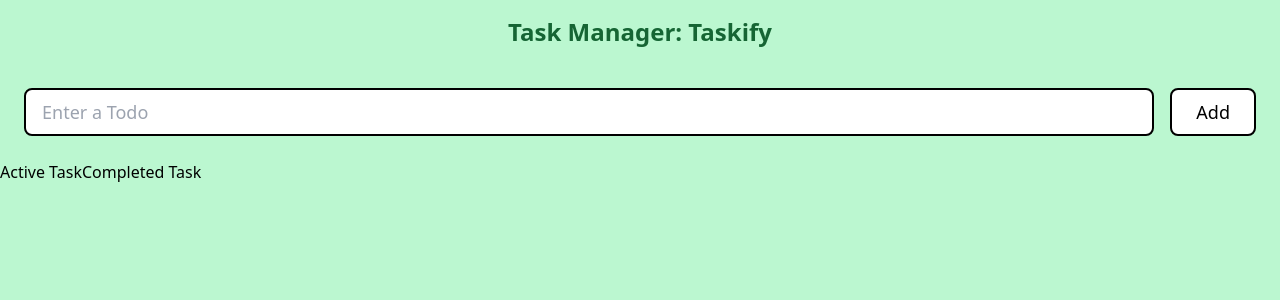
Repository: Dineshbhandari2023/Todo
Page: /
The author's editor kept a copy of each file at every save. The page is drawn from the files as they stood at one save, then again after the next save.
The browser window is 1280 px wide. The pictures show the whole page.
Some web fonts or font styles are not loaded; a fallback is used. The project was rebuilt for these pictures with package versions that can differ from the ones it lists, and the page was loaded fresh each time. Also part of the build but not shown: src/Components/SingleTodo.tsx.

Above is the page before, as saved 2025-06-19 21:59:11.

### src/App.tsx
import React, { useState } from "react";
import "./App.css";
import InputFields from "./Components/InputFields";
import { Todo } from "./model";
import TodoList from "./Components/TodoList";

// //Learning Types
// let name: string;
// let age: number;
// let hobbies: string[];
// let role: [number, number, string];

// // Objects Can be defined using: types or interface
// type Animal = {
//   name: string;
//   age: number;
//   color?: string;
// };

// let myAnimal: Animal = {
//   name: "Dog",
//   age: 3,
//   color: "Brown",
// };

// let Animals: Animal[];

// //defining function in ts
// function printAnything(Animal: string) {
//   console.log(Animal);
// }

// printAnything("DOG");

const App: React.FC = () => {
  const [todo, setTodo] = useState<string>("");
  const [todos, setTodos] = useState<Todo[]>([]);

  const handleAdd = (e: React.FormEvent) => {
    e.preventDefault();
    if (todo) {
      setTodos([...todos, { id: Date.now(), todo: todo, isDone: false }]);
      setTodo("");
    }
  };
  console.log(todos);

  return (
    <div className="bg-green-200 h-screen">
      <h1 className="font-extrabold text-center text-green-800 text-2xl p-4">
        Task Manager: Taskify
      </h1>
      <InputFields todo={todo} setTodo={setTodo} handleAdd={handleAdd} />
      <TodoList todos={todos} setTodos={setTodos} />
    </div>
  );
};

export default App;

### src/App.css
@import url("https://fonts.googleapis.com/css2?family=Montserrat:ital@0;1&family=Savate:ital,wght@0,200..900;1,200..900&display=swap");

.App {
  text-align: center;
  font-family: "Montserrat", sans-serif;
}

### src/Components/InputFields.tsx
import React, { useRef } from "react";

interface Props {
  todo: string;
  setTodo: React.Dispatch<React.SetStateAction<string>>;
  handleAdd: (e: React.FormEvent) => void;
}

const InputFields = ({ todo, setTodo, handleAdd }: Props) => {
  const inputRef = useRef<HTMLInputElement>(null);
  return (
    <form
      className="flex gap-4 m-6"
      onSubmit={(e) => {
        handleAdd(e);
        inputRef.current?.blur();
      }}
    >
      <input
        ref={inputRef}
        type="text"
        value={todo}
        onChange={(e) => setTodo(e.target.value)}
        placeholder="Enter a Todo"
        className="flex-1 px-4 py-2 border-2 border-black rounded-lg text-lg focus:outline-none focus:ring-2 focus:ring-blue-500"
      />
      <button
        className="px-6 py-2 bg-white border-2 border-black rounded-lg text-lg font-medium hover:bg-blue-600 focus:outline-none focus:ring-2 focus:ring-blue-500"
        type="submit"
      >
        Add
      </button>
    </form>
  );
};

export default InputFields;

### src/Components/TodoList.tsx
import React from "react";
import { Todo } from "../model";
import SingleTodo from "./SingleTodo";

interface Props {
  todos: Todo[];
  setTodos: React.Dispatch<React.SetStateAction<Todo[]>>;
}

const TodoList = ({ todos, setTodos }: Props) => {
  return (
    <div className="flex">
      <div className="">
        <h1>Active Task</h1>
        <div>
          {todos.map((todo) => (
            <SingleTodo
              todo={todo}
              key={todo.id}
              todos={todos}
              setTodos={setTodos}
            />
          ))}
        </div>
      </div>
      <div>
        <h1>Completed Task</h1>
        <div>
          {todos.map((todo) => (
            <SingleTodo
              todo={todo}
              key={todo.id}
              todos={todos}
              setTodos={setTodos}
            />
          ))}
        </div>
      </div>
    </div>
  );
};

export default TodoList;

Loaded but not shown: public/index.html (common file); src/index.tsx (common file); src/index.css (common file); tailwind.config.js (common file)

After the next save:
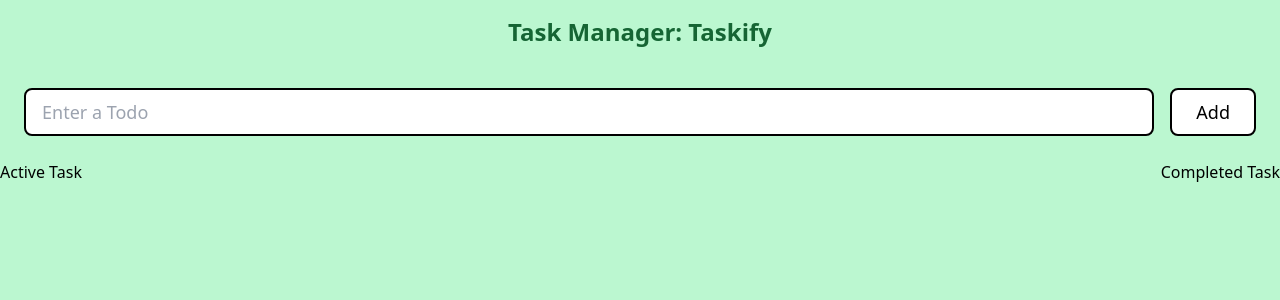
Saved 7 s later.
--- a/src/Components/TodoList.tsx
+++ b/src/Components/TodoList.tsx
@@ -9,7 +9,7 @@ interface Props {
 
 const TodoList = ({ todos, setTodos }: Props) => {
   return (
-    <div className="flex">
+    <div className="flex justify-between">
       <div className="">
         <h1>Active Task</h1>
         <div>
